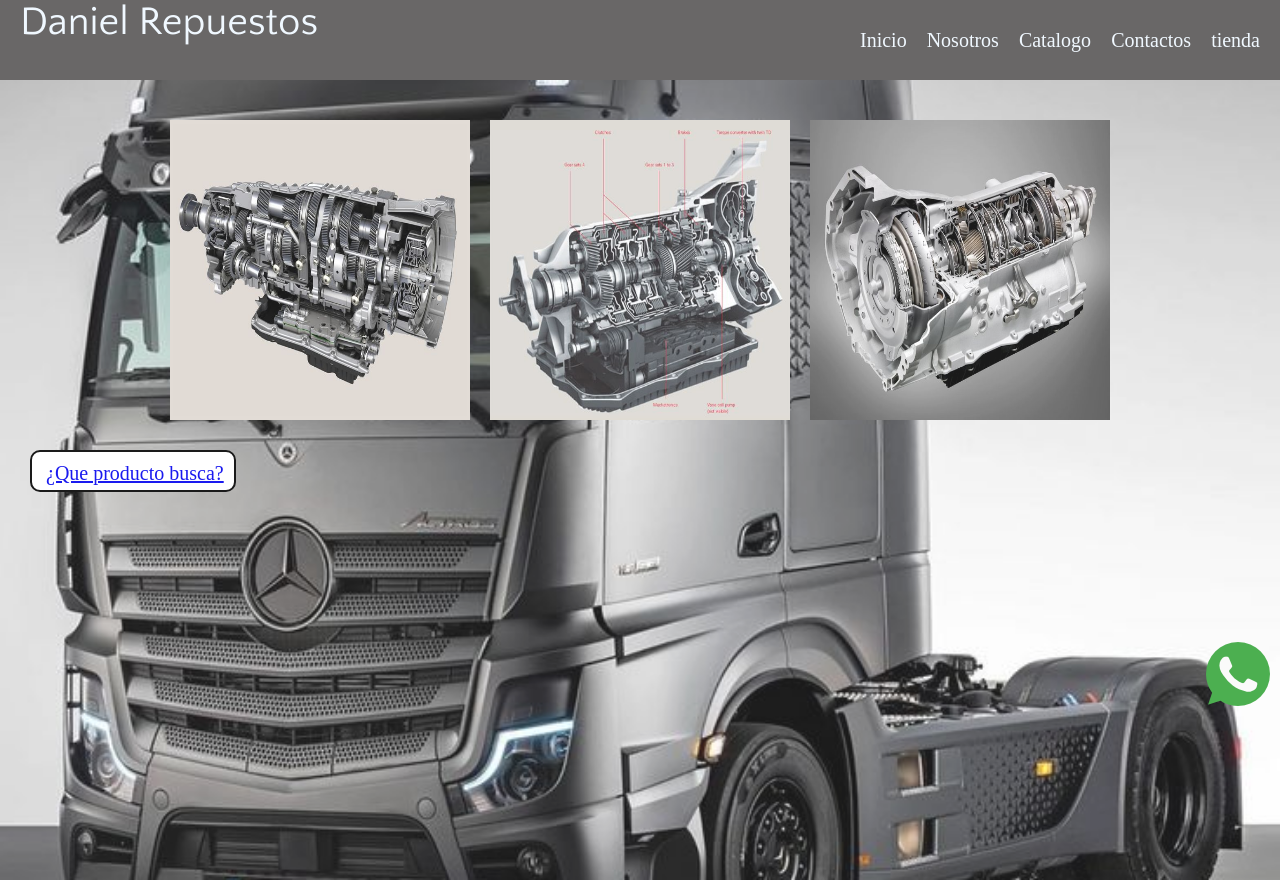
Repository: minesterani/proyecto-caja
Page: pages/tienda.html
The author's editor kept a copy of each file at every save. The page is drawn from the files as they stood at one save, then again after the next save.
The browser window is 1280 px wide. The pictures show the whole page.

Above is the page before, as saved 2024-09-25 10:44:07.

### pages/tienda.html
<!DOCTYPE html>
<html lang="en">
<head>
    <meta charset="UTF-8">
    <meta name="viewport" content="width=device-width, initial-scale=1.0">
    <title>Document</title>
    <link rel="preconnect" href="https://fonts.googleapis.com">
<link rel="preconnect" href="https://fonts.gstatic.com" crossorigin>
<link href="https://fonts.googleapis.com/css2?family=Quattrocento+Sans:ital,wght@0,400;0,700;1,400;1,700&display=swap" rel="stylesheet">
    <link rel="stylesheet" href="../css/style.css">
</head>
<body>
   <header class="header-tienda">
    <h1>Daniel Repuestos</h1>
    <nav>
        <ul class="navtienda">
            <li><a href="../index.html">Inicio</a></li>
            <li><a href="./nosotros.html">Nosotros</a></li>
            <li><a href="./catalogo.html">Catalogo</a></li>
                <li><a href="./contactos.html">Contactos</a></li>
            <li><a href="#">tienda</a></li>
        </ul>
    </nav>

   </header>
   <main>
    <section class="section-tienda">
        <div class="contenedor-tienda">
            <img src="../assets/img/caja 2.jpg" alt="caja 2" style="width: 300px; height: 300px;">
            <img src="../assets/img/caja.jpg" alt="caja 3" style="width: 300px; height: 300px;">
            <img src="../assets/img/Transmisiones de toyota.jpeg" alt="transmicion" style="width: 300px; height: 300px;">
        </div>
        <a href="#" class="boton">¿Que producto busca?</a>
    </section>

   </main>
   <footer>
    <a class="whatsapp-tienda"href="https://wa.me/3416513963" target="_blank">
        <img src="../assets/img/whatsapp.png" alt="">
    </a>
   </footer>
</body>
</html>

### css/style.css
/* Estilo global */
* {
    margin: 0;
    padding: 0;
    box-sizing: border-box;
}

h1 {
    background-color: rgb(105, 103, 103);
    width: 100%;
    height: 80px;
    font-size: 40px;
    color: aliceblue;
    font-family: "Quattrocento Sans", sans-serif;
    font-weight: 400;
    font-style: normal;
}

/* Header */
.header-index, .header-tienda, .header-catalogo, .header-contactos, .header-nosotros {
    display: flex;
    width: 100%;
    flex-direction: row;
    background-color: rgb(105, 103, 103);
    justify-content: space-between;
    align-items: center;
    padding: 0px 20px;
    position: sticky;
    top: 0;
}

/* Navegación */
.navBar, .navtienda, .nav-catalogo, .nav-Contactos, .navNos {
    display: flex;
    list-style-type: none;
    gap: 20px;
}

.navBar li a, .navtienda li a, .nav-catalogo li a, .nav-Contactos li a, .navNos li a {
    text-decoration: none;
    color: aliceblue;
    font-size: 20px;
}

/* Sección Principal */
.section-principal {
    background-color: lightblue;
    width: 100%;
    height: 25rem;
    background-image: url("../assets/img/mercedes gris.jpeg");
    background-position: center;
    background-size: cover;
    background-repeat: no-repeat;
}

/* Botón */
.boton {
    background-color: white;
    font-size: 1.25rem;
    padding: 10px 10px 5px 14px;
    border-width: 2px;
    border-style: solid;
    border-color: black;
    border-radius: 10px;
    position: fixed;
    margin: 10px;
}
.grid {
    display: grid;
    grid-template-columns: repeat(8, 1fr); /* 8 columnas iguales */
    gap: 10px; /* Espacio entre las imágenes */
    width: 100%;
    padding: 0;
    margin: 0;
}

.grid img {
    width: 100%;
    height: 200px; /* Ajusta la altura según sea necesario */
    object-fit: cover; /* Las imágenes se ajustarán sin deformarse */
}

/* Sección de Contactos */
.section-contactos, .section-tienda, .section-catalogos, .section-nosotros {
    background-color: lightblue;
    width: 100%;
    height: 25rem;
    background-image: url("../assets/img/mercedes gris.jpeg");
    background-position: center;
    background-size: cover;
    background-repeat: no-repeat;
    opacity: 0.3;
}

.section-nosotros {
    position: relative;
    padding: 50px;
    background-image: url("../assets/img/mercedes\ gris.jpeg");
    background-size: cover;
    background-position: center;
    background-repeat: no-repeat;
    opacity: 0.7;
    color: white;
    font-family: "Quattrocento Sans", sans-serif;
    height: auto;
}

.container-nosotros {
    display: flex;
    justify-content: space-between;
    align-items: flex-start;
    max-width: 1200px;
    margin: 0 auto;
    overflow: hidden;
}

.texto-nosotros {
    width: 55%;
    padding: 20px;
    background-color: rgba(0, 0, 0, 0.5);
    border-radius: 10px;
    color: white;
    overflow: hidden;
}

.texto-nosotros h2 {
    margin-bottom: 20px;
    font-size: 2.5rem;
}

.texto-nosotros p {
    margin-bottom: 15px;
    font-size: 1.2rem;
    line-height: 1.6;
}

.imagenes-nosotros {
    width: 40%;
    display: flex;
    flex-direction: column;
    gap: 10px;
    align-items: flex-start;
}

.imagenes-nosotros img {
    width: 100%;
    height: auto;
    max-width: 300px;
    border-radius: 10px;
    object-fit: cover;
    overflow: hidden;

}
.section-tienda {
    background-color: lightblue;
    width: 100%; /* Ajusta el ancho según sea necesario */
    height: 50rem; /* Aumenta la altura del contenedor */
    padding: 20px;
    background-image: url("../assets/img/mercedes gris.jpeg");
    background-position: center;
    background-size: cover;
    background-repeat: no-repeat;
    opacity: 0.9;
}

.contenedor-tienda {
    display: flex;
    flex-wrap: wrap;
    justify-content: center;
    gap: 20px; /* Espacio entre las fotos */
    padding: 20px;
}

/* Sección Contactos */
.section-contactos {
    background-color: lightblue;
    width: 100%;
    padding: 50px 20px;
    background-image: url("../assets/img/mercedes gris.jpeg");
    background-position: center;
    background-size: cover;
    background-repeat: no-repeat;
    opacity: 0.9; /* Aumenta la opacidad para mejor visibilidad */
    color: black;
    height: auto; /* Altura automática según contenido */
}

.container-contactos {
    display: flex;
    justify-content: space-between;
    align-items: flex-start;
    max-width: 1200px; /* Ancho máximo del contenedor */
    margin: 0 auto; /* Centra el contenedor horizontalmente */
    gap: 20px; /* Espacio entre el mapa y los datos */
}

.mapa {
    flex: 1;
}

.mapa iframe {
    width: 100%;
    height: 400px; /* Ajusta la altura según lo necesites */
    border: none;
}

.datos-empresa {
    flex: 1;
    padding-left: 20px; /* Espacio a la izquierda de los datos */
    font-size: 1.25rem;
}

.datos-empresa h3 {
    margin-bottom: 15px;
    font-size: 2rem;
    font-weight: 700;
}

.datos-empresa p {
    margin-bottom: 15px;
    font-size: 1.5rem;
    line-height: 1.6;
}

/* Footer */
.footer-content {
    background-color: #f4f4f4;
    padding: 20px;
    margin-top: 0;
    clear: both;
}

.columns {
    display: flex;
    justify-content: space-between;
    align-items: flex-start;
    margin-bottom: 0;
    padding: 20px 0;
}

.left-column, .right-column {
    width: 48%;
}

.left-column iframe {
    width: 100%;
    height: 300px;
    border: 0;
}

.right-column {
    padding-left: 20px;
    text-align: center;
    padding-top: 20px;
}

.right-column h3, .right-column p {
    margin: 10px 0;
}

.footer-bottom {
    text-align: center;
    padding: 10px 0;
    border-top: 1px solid #ccc;
}

.footer-bottom p {
    margin: 5px 0;
}

/* Estilos específicos para WhatsApp */
.whatsapp, .whatsapp-contactos, .whatsapp-tienda, .whatsapp-nosotros, .whatsapp-catalogo {
    position: fixed;
    bottom: 10px;
    right: 10px;
}

/* Media Queries */
@media(max-width: 1024px) {
    .header-index, .header-tienda {
        justify-content: space-around;
    }
}

@media(max-width: 768px) {
    h1 {
        background-color: rgba(197, 193, 193, 0.555);
        height: 80px;
        font-size: 40px;
        padding: 10px;
    }

    .header-index, .header-tienda, .header-catalogo, .header-contactos, .header-nosotros {
        flex-direction: column;
        background-color: gray;
        font-size: 30px;
        padding: 10px;
        align-items: center;
        justify-content: center;
        gap: 30px;
    }

    .navBar, .navtienda, .nav-catalogo, .nav-Contactos, .navNos {
        padding-bottom: .875rem;
    }

    .navBar li a, .navtienda li a, .nav-catalogo li a, .nav-Contactos li a, .navNos li a {
        font-size: 1.5rem;
    }

    .section-principal, .section-tienda, .section-catalogos, .section-contactos, .section-nosotros {
        background-image: url("../assets/img/caja 2.jpg");
        background-size: 100% 100%;
    }

    .container-nosotros {
        flex-direction: column;
        align-items: center;
    }

    .imagenes-nosotros {
        width: 100%;
        display: flex;
        justify-content: center;
        flex-direction: column;
        gap: 15px;
    }

    .imagenes-nosotros img {
        max-height: 300px;
    }

    .texto-nosotros {
        width: 100%;
        text-align: center;
    }
    .mapa, .datos-empresa {
        width: 100%;
        padding: 0;
    }

    .datos-empresa {
        padding-left: 0;
        margin-top: 20px;
        text-align: center;
        font-size: 1.2rem; /* Mantiene el tamaño de fuente aumentado */
    }

}

@media(max-width: 425px) {
    .navBar, .navtienda, .nav-catalogo, .nav-Contactos, .navNos {
        flex-direction: column;
    }

    .grid {
        grid-template-columns: 1fr;
        grid-auto-rows: 200px;
        grid-template-areas:
            "img1"
            "img2"
            "img3"
            "img4"
            "img5"
            "img6"
            "img7"
            "img8";
    }

    .grid img {
        width: 100%;
        height: auto;
        object-fit: cover;
    }

    .columns {
        flex-direction: column;
        align-items: center;
    }

    .left-column, .right-column {
        width: 100%;
        padding: 0;
    }

    .right-column {
        padding-top: 20px;
    }
}

After the next save:
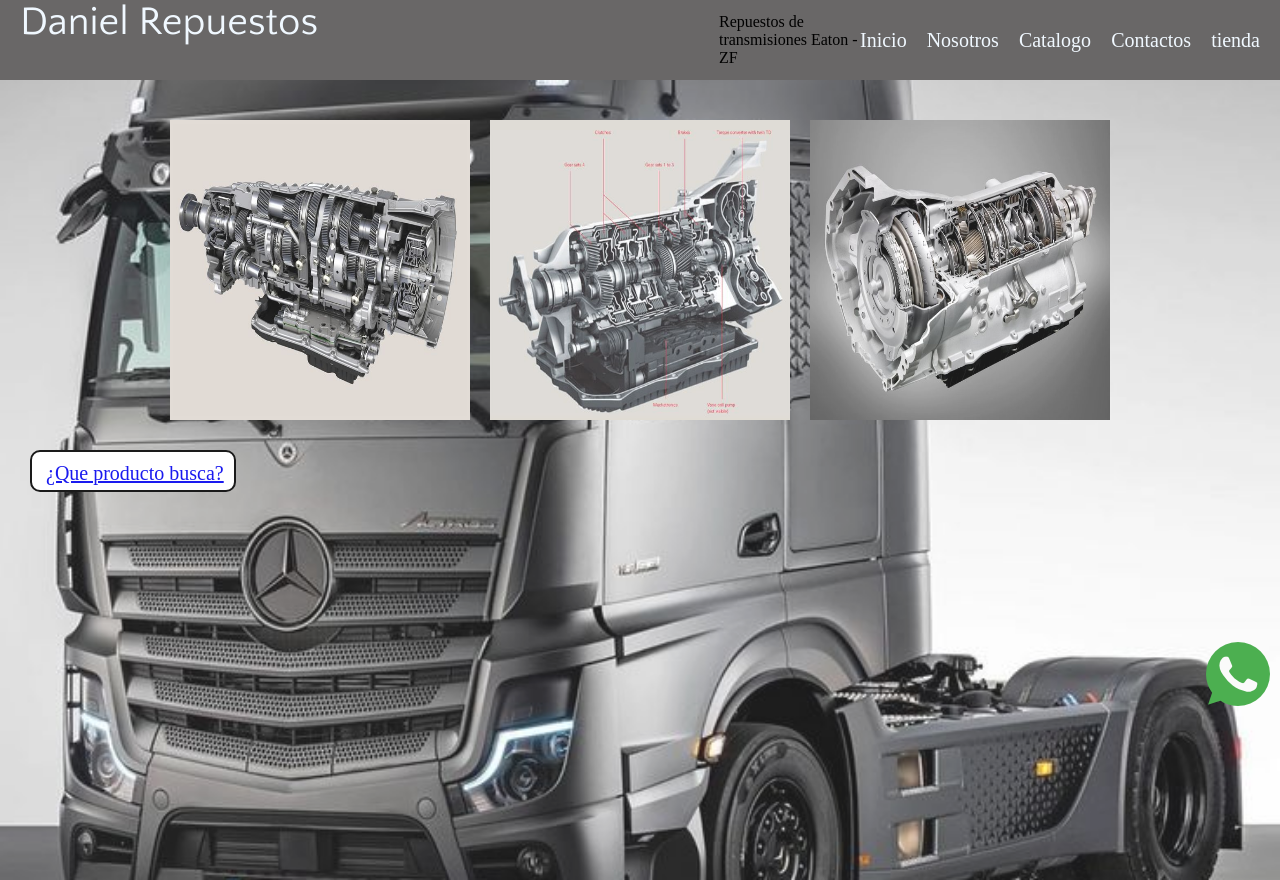
Saved 4 days later.
--- a/pages/tienda.html
+++ b/pages/tienda.html
@@ -12,6 +12,7 @@
 <body>
    <header class="header-tienda">
     <h1>Daniel Repuestos</h1>
+    <p>Repuestos de transmisiones Eaton - ZF</p>
     <nav>
         <ul class="navtienda">
             <li><a href="../index.html">Inicio</a></li>
